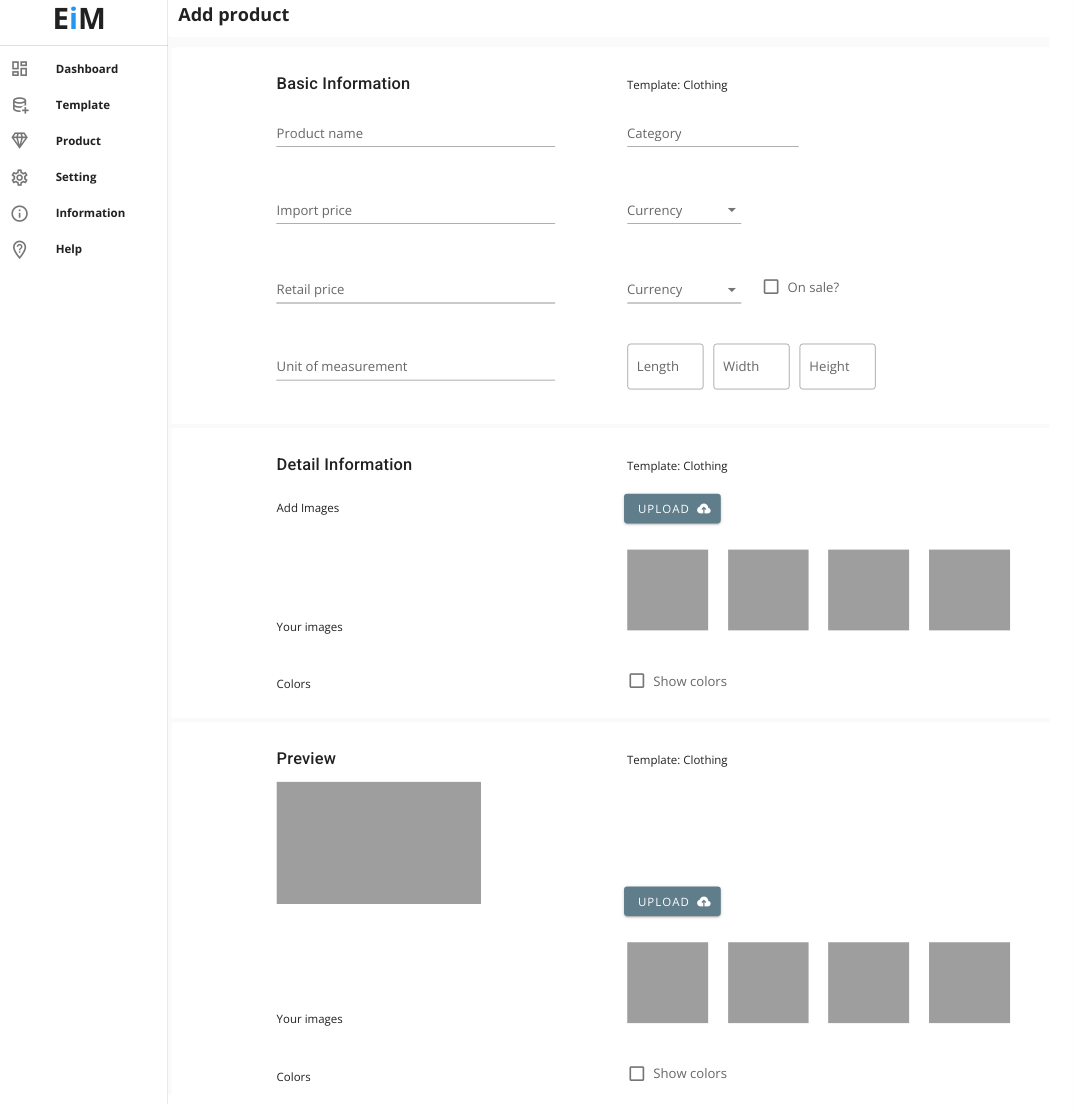
Repository: nguyenphuong152/pim-template
Page: /addproduct
An editor plug-in stored every save of this project. The page is shown before and after the next save, followed by the edit.
The browser window is 1280 px wide. The page is 1308 px wide, so the pictures cover 1308 px, including what lies to the right of the window. The pictures show the whole page, at 82% of full size.
Pictures or frames that could not be fetched are drawn as grey boxes. The project was rebuilt for these pictures with package versions that can differ from the ones it lists, and the page was loaded fresh each time. Also part of the build but not shown: vue.config.js, src/views/Home.vue, src/components/Outcome_1/SearchTemplate.vue, src/components/Outcome_1/YourTemplate.vue, src/components/Outcome_1/ListComponent.vue, src/components/Outcome_1/AddInfo.vue, src/components/Outcome_1/AddDetail.vue, src/components/Outcome_1/CreateRegion.vue and 5 more.

Above is the page before, as saved 2020-12-21 14:12:34.

After the next save:
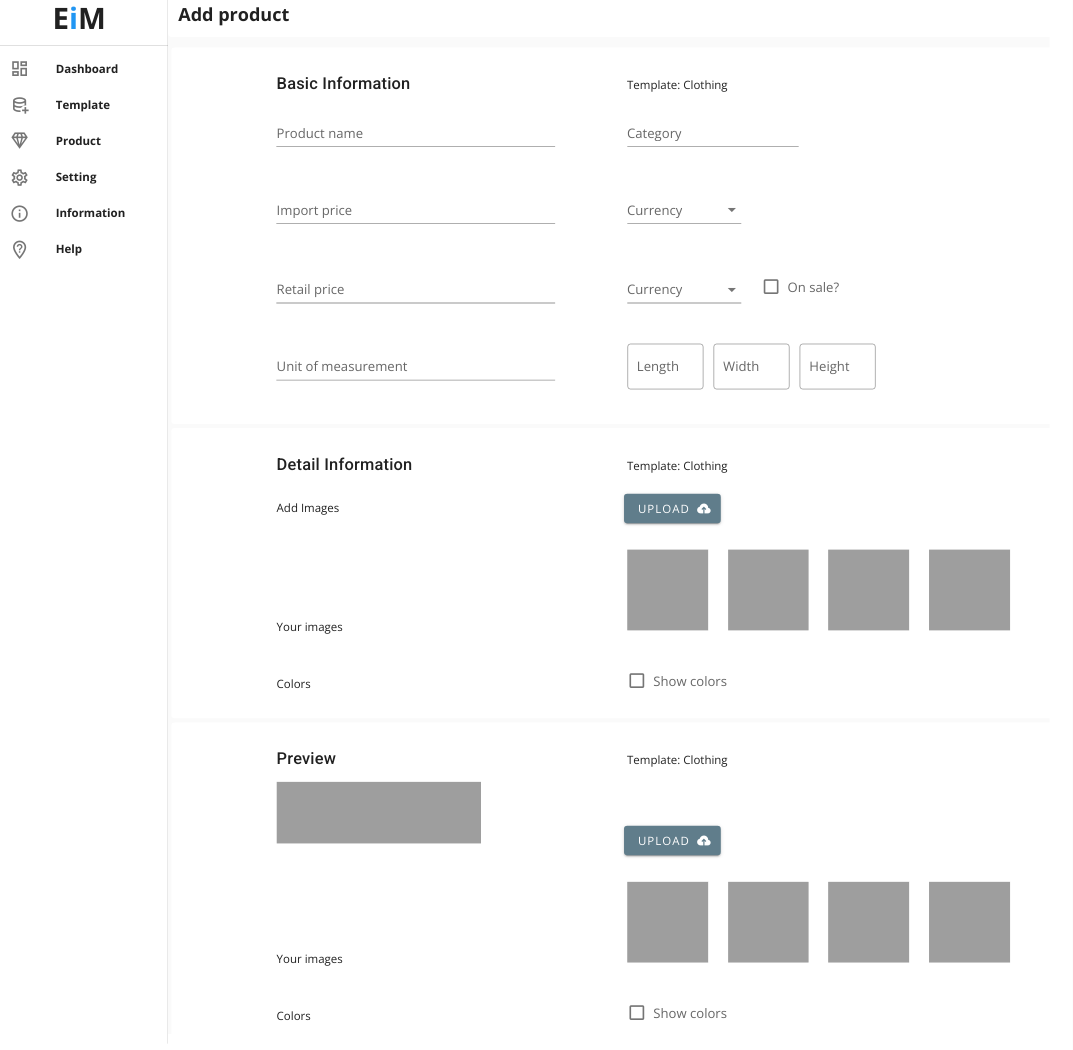
Saved 14 s later.
--- a/src/components/Outcome_2/Preview.vue
+++ b/src/components/Outcome_2/Preview.vue
@@ -19,7 +19,7 @@
                 lazy-src="https://picsum.photos/id/11/10/84"
                 max-height="150"
                 max-width="250"
-                src="https://picsum.photos/id/11/500/300"
+                src="https://picsum.photos/id/11/500/152"
               ></v-img>
             </v-container>
           </v-col>

After the save that followed:
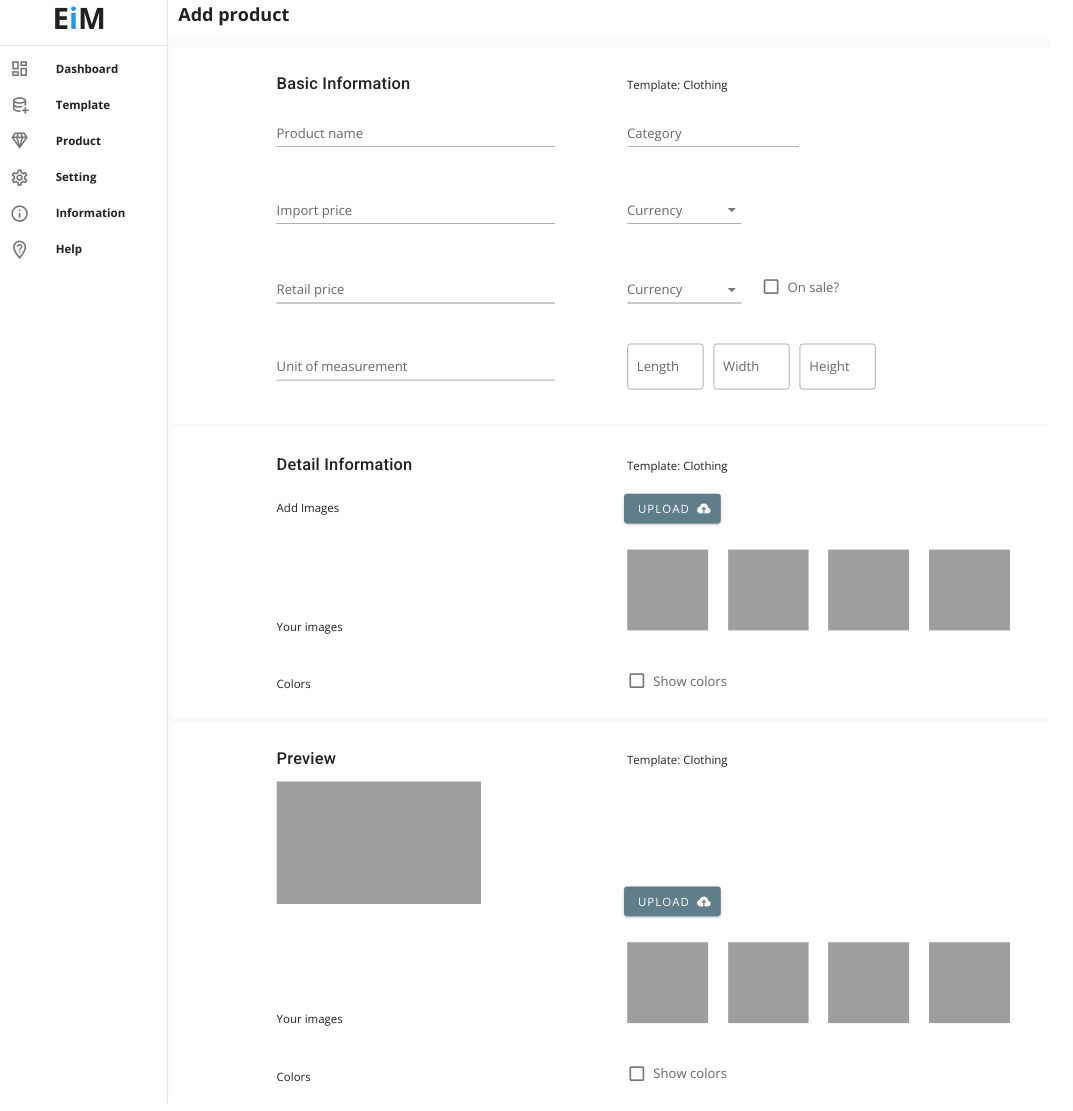
Saved 13 s later.
--- a/src/components/Outcome_2/Preview.vue
+++ b/src/components/Outcome_2/Preview.vue
@@ -19,7 +19,7 @@
                 lazy-src="https://picsum.photos/id/11/10/84"
                 max-height="150"
                 max-width="250"
-                src="https://picsum.photos/id/11/500/152"
+                src="https://picsum.photos/id/15"
               ></v-img>
             </v-container>
           </v-col>
